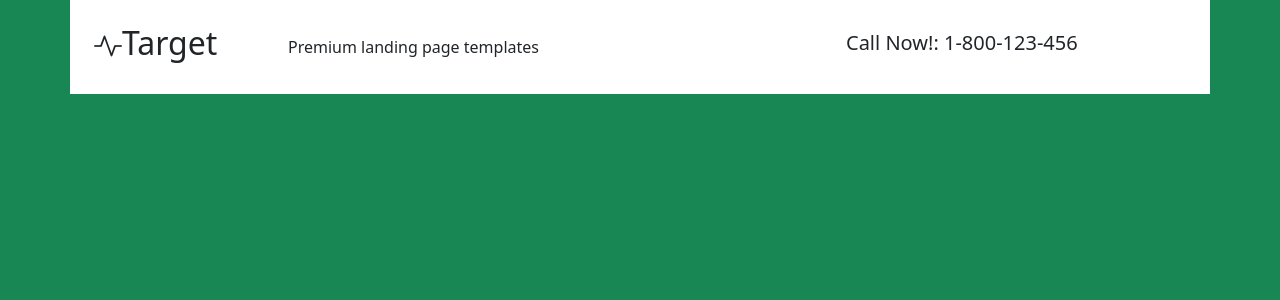
Repository: lyvandat/dh---bootstrap1
Page: index.html
An editor plug-in stored every save of this project. The page is shown before and after the next save, followed by the edit.
The browser window is 1280 px wide. The pictures show the whole page.
Some web libraries are served in a nearby version.

Above is the page before, as saved 2022-10-27 15:23:53.

After the next save:
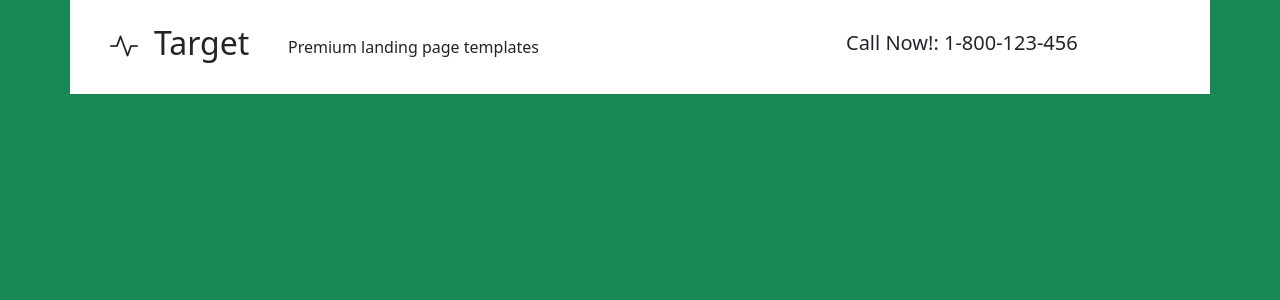
Saved 39 s later.
--- a/index.html
+++ b/index.html
@@ -22,7 +22,7 @@
     <div class="container header align-items-center bg-white p-4">
       <div class="row">
         <div class="col-2 d-inline-flex me-2">
-          <i class="bi bi-activity fs-3"></i>
+          <i class="bi bi-activity fs-3 mx-3"></i>
           <h2>Target</h2>
         </div>
         <div class="col-6 d-flex align-items-center">
